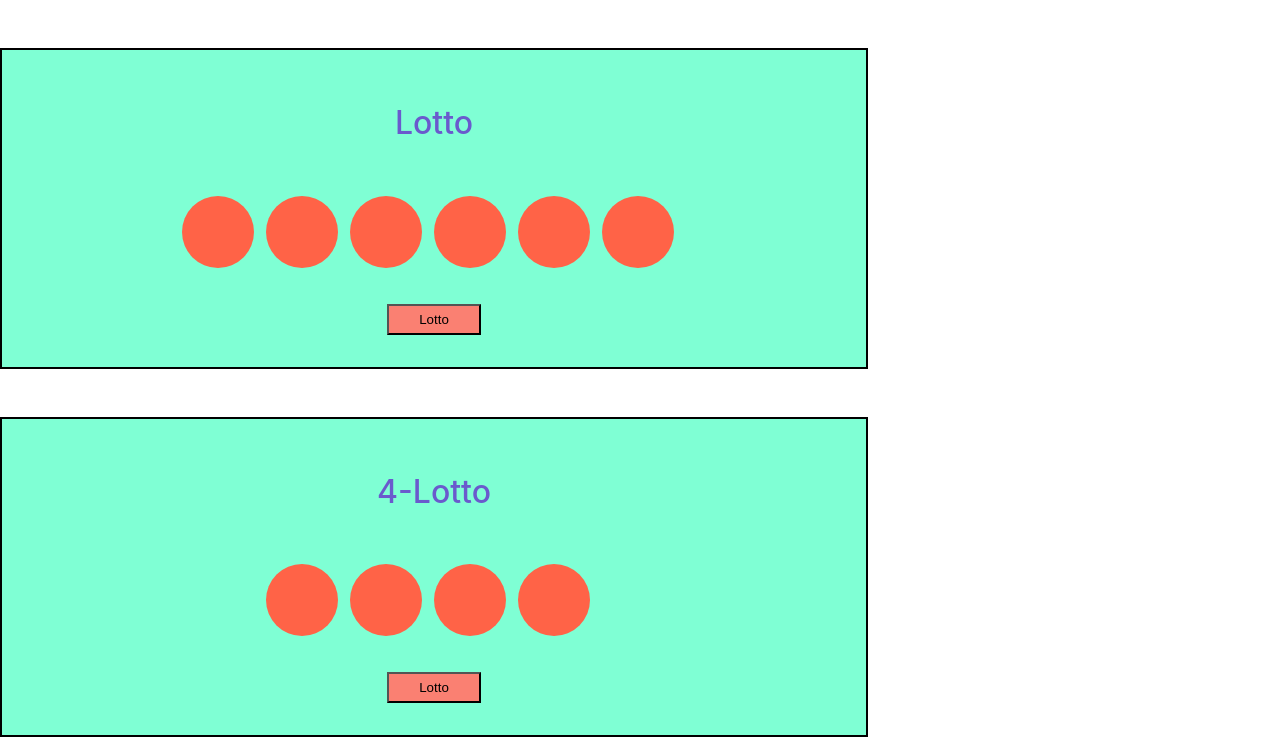
Repository: dung8466/learn-react
Page: / (app in lottery/)
These files come from the project's save history. The page is drawn as it stood at one moment and after the next save; the edit follows.
The browser window is 1280 px wide. The pictures show the whole page.
The project was rebuilt for these pictures with package versions that can differ from the ones it lists, and the page was loaded fresh each time.

Above is the page before, as saved 2022-09-18 21:11:43.

After the next save:
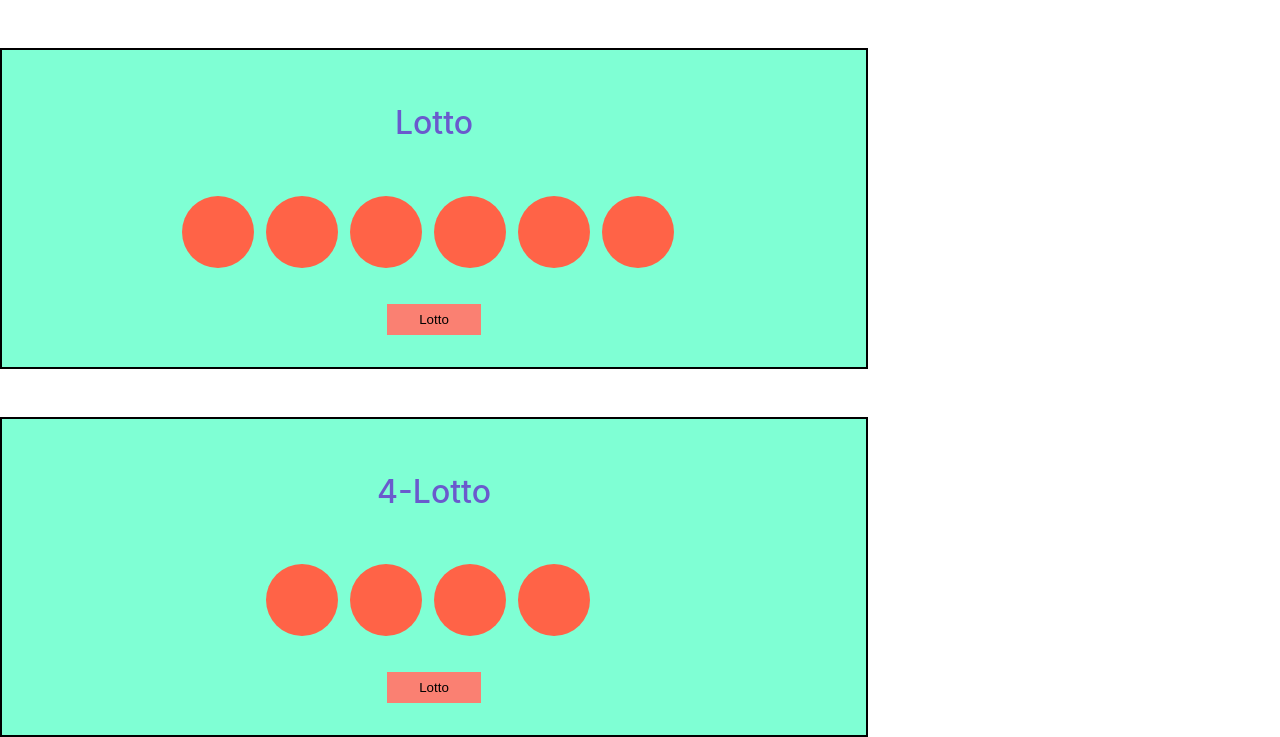
Saved 12 s later.
--- a/lottery/src/Lotto.css
+++ b/lottery/src/Lotto.css
@@ -24,4 +24,5 @@
     width: 7em;
     height: 2.3em;
     background-color: salmon;
+    border: 0px;
 }
